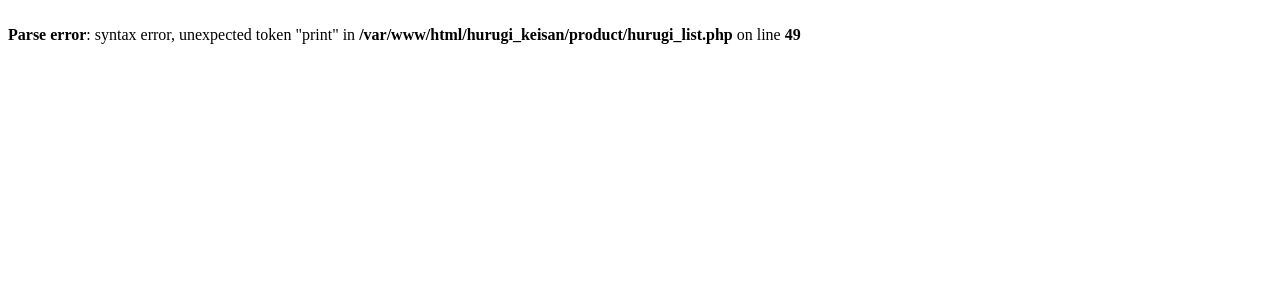
Repository: hayashikazuki/quroud9
Page: http://localhost/hurugi_keisan/product/hurugi_list.php
The author's editor kept a record of every edit. The page is drawn from the files as they stood at one moment, then again after the next edit.
The browser window is 1280 px wide. The pictures show the whole page.
The page is run by PHP 8.4 with error messages shown; the project is at /var/www/html/. Queries for data that is not in the repository find no rows.

Above is the page before.

After the next edit:
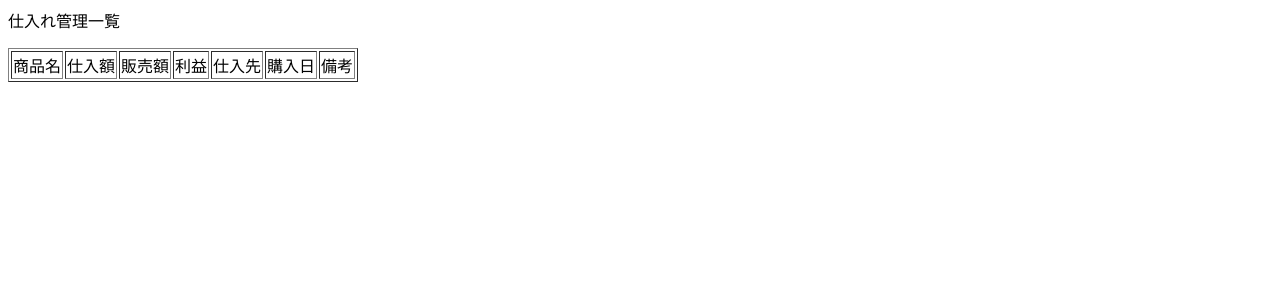
The edit:
--- a/hurugi_keisan/product/hurugi_list.php
+++ b/hurugi_keisan/product/hurugi_list.php
@@ -45,7 +45,7 @@
             break;
         }
         print '<tr>';
-        print '<td>'
+        print '<td>';
         print'<input type="radio" name="hurugicode" value="'.$rec['code'].'">';
         print $rec['name'].'---';
         print '</td>';
